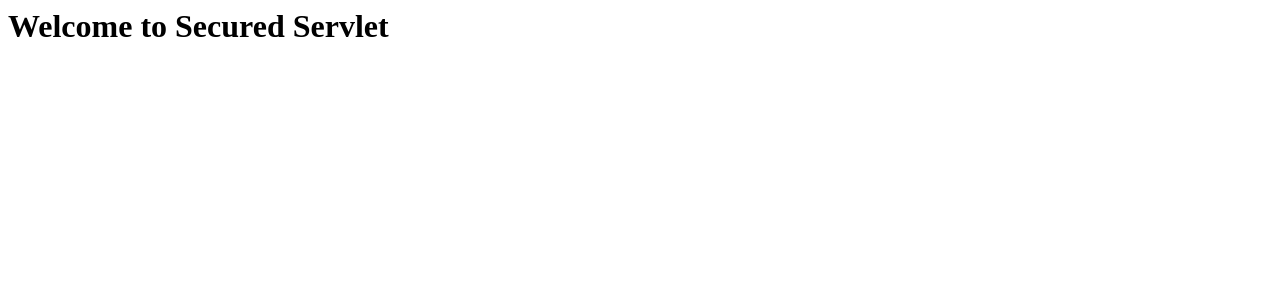
Repository: devjackluo/Java-Servlet-Demo
Page: http://localhost/ServletAppDemo/SecuredServlet
These files come from the project's save history. The page is drawn as it stood at one moment and after the next save; the edit follows.
The browser window is 1280 px wide. The pictures show the whole page.
The page is served by Tomcat 9.

Above is the page before, as saved 2019-02-04 21:02:12.

After the next save:
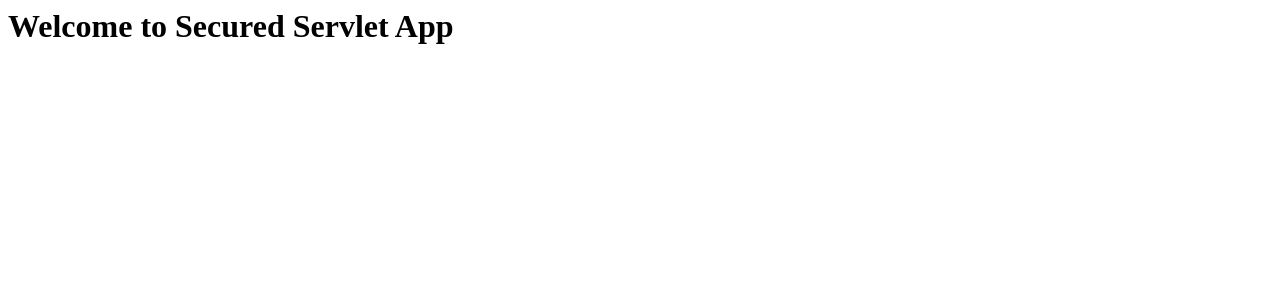
Saved 11 s later.
--- a/ServletAppDemo/src/com/jack/demos/SecuredServlet.java
+++ b/ServletAppDemo/src/com/jack/demos/SecuredServlet.java
@@ -32,7 +32,7 @@ public class SecuredServlet extends HttpServlet {
 		//response.getWriter().append("Served at: ").append(request.getContextPath());
 		PrintWriter out = response.getWriter();
 		response.setContentType("text/html");
-		out.println("<h1>Welcome to Secured Servlet</h1>");
+		out.println("<h1>Welcome to Secured Servlet App</h1>");
 	}
 
 	/**
